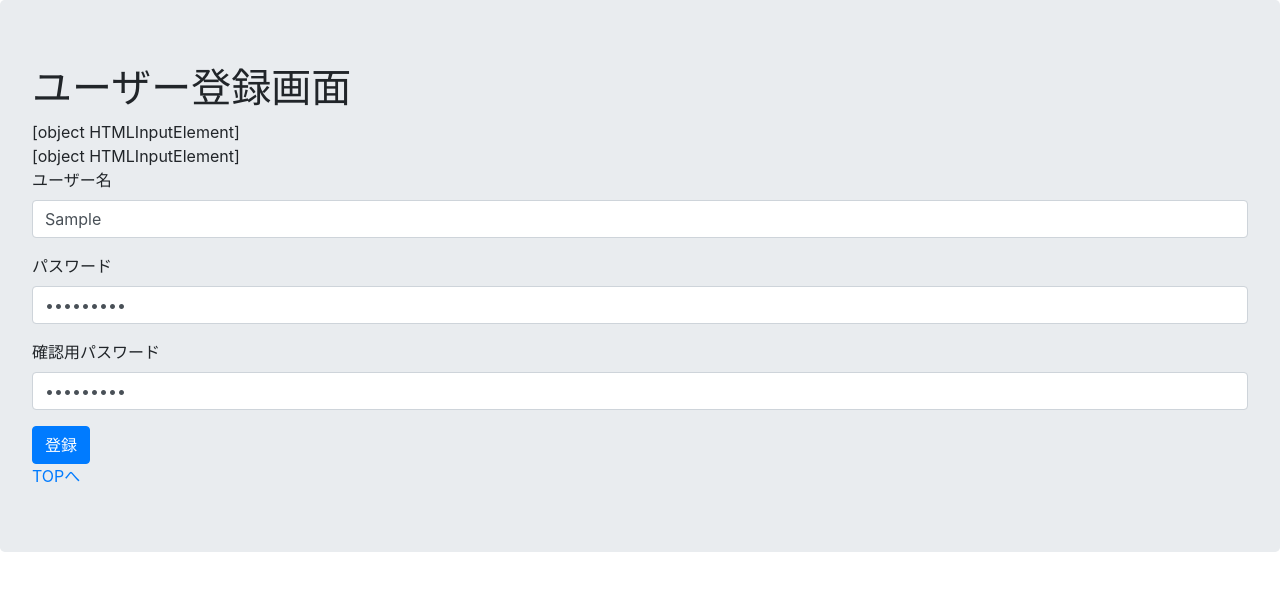
Repository: lunalice/01_START
Page: http://localhost/hello_world_now/Createuser
An editor plug-in stored every save of this project. The page is shown before and after the next save, followed by the edit.
The browser window is 1280 px wide. The pictures show the whole page.
Empty fields were first filled with sample values (such as "Sample", 5 or name@example.com).
After loading, the first visible `#form1` was submitted once.
The page is served by Tomcat 9. Other server files are loaded and not shown.

Above is the page before, as saved 2018-02-09 09:19:00.
Console error: TypeError: Cannot read properties of undefined (reading 'fn')

### eclipse-workspace/hello_world_now/WebContent/WEB-INF/jsp/createuser.jsp
<%@ page language="java" contentType="text/html; charset=UTF-8"
	pageEncoding="UTF-8"%>
<!DOCTYPE html>
<html>
<head>
<meta http-equiv="Content-Type" content="text/html; charset=UTF-8">
<link rel="stylesheet"
	href="https://maxcdn.bootstrapcdn.com/bootstrap/4.0.0/css/bootstrap.min.css"
	integrity="sha384-Gn5384xqQ1aoWXA+058RXPxPg6fy4IWvTNh0E263XmFcJlSAwiGgFAW/dAiS6JXm"
	crossorigin="anonymous">
<script
	src="https://maxcdn.bootstrapcdn.com/bootstrap/4.0.0/js/bootstrap.min.js"
	integrity="sha384-JZR6Spejh4U02d8jOt6vLEHfe/JQGiRRSQQxSfFWpi1MquVdAyjUar5+76PVCmYl"
	crossorigin="anonymous"></script>
<title>どこつぶ</title>
</head>
<body>
	<div class="jumbotron">
		<div class="panel-heading">
			<h1>ユーザー登録画面</h1>
		</div>
		<div id="errorMessage"></div>
		<div id="debug1"></div>
		<div id="debug2"></div>
		<form action="/hello_world_now/Createuser" id="form1" method="post" onsubmit="return errorcheck();">
			<div class="form-group">
				<label for="InputEmail">ユーザー名</label> <input type="text"
					class="form-control" name="name" placeholder="ユーザー名を入れてください。"
					required>
			</div>
			<div class="form-group">
				<label for="InputEmail">パスワード</label> <input type="password"
					class="form-control" name="pass1" placeholder="パスワードを入れてください。"
					required>
			</div>
			<div class="form-group">
				<label for="InputEmail">確認用パスワード</label> <input type="password"
					class="form-control" name="pass2" placeholder="パスワードを入れてください。"
					required>
			</div>
			<input class="btn btn-primary" type="submit" value="登録">
		</form>
		<a href="/hello_world_now/">TOPへ</a>
	</div>
</body>
<script type="text/javascript">
	var form = document.forms[0];
	function errorcheck() {
		document.getElementById("debug1").innerHTML = form.pass1;
		document.getElementById("debug2").innerHTML = form.pass2;
/* 		if (form.pass1.value != form.pass2.value) {
			document.getElementById("errorMessage").innerHTML = "入力値にエラーがあります";
			// 一致していなかったら、エラーメッセージを表示する
			form.pass1.setCustomValidity("パスワードと確認用パスワードが一致しません");
			form.pass2.setCustomValidity("パスワードと確認用パスワードが一致しません");
			return false;
		} */
		return false;
	}
<%/* var form = document.forms[0];
							form.onsubmit = function() {
								// エラーメッセージをクリアする
								form.pass1.setCustomValidity("");
								form.pass2.setCustomValidity("");
								// パスワードの一致確認
								if (form.pass1.value != form.pass2.value) {
									// 一致していなかったら、エラーメッセージを表示する
									form.pass1.setCustomValidity("パスワードと確認用パスワードが一致しません");
									form.pass2.setCustomValidity("パスワードと確認用パスワードが一致しません");
								}
							};
							// 入力値チェックエラーが発生したときの処理
							form.addEventListener("invalid", function() {
								document.getElementById("errorMessage").innerHTML = "入力値にエラーがあります";
							}, false); */%>

</script>
</html>

### eclipse-workspace/hello_world_now/src/servlet/Createuser.java
package servlet;

import java.io.IOException;
import java.sql.Connection;
import java.sql.DriverManager;
import java.sql.SQLException;
import java.sql.Statement;

import javax.servlet.RequestDispatcher;
import javax.servlet.ServletException;
import javax.servlet.annotation.WebServlet;
import javax.servlet.http.HttpServlet;
import javax.servlet.http.HttpServletRequest;
import javax.servlet.http.HttpServletResponse;
import javax.servlet.http.HttpSession;

import model.CreateUserLogic;

/**
 * Servlet implementation class Createuser
 */
@WebServlet("/Createuser")
public class Createuser extends HttpServlet {
	private static final long serialVersionUID = 1L;

	/**
	 * @see HttpServlet#HttpServlet()
	 */
	public Createuser() {
		super();
		// TODO Auto-generated constructor stub
	}

	/**
	 * @see HttpServlet#doGet(HttpServletRequest request, HttpServletResponse
	 *      response)
	 */
	protected void doGet(HttpServletRequest request, HttpServletResponse response)
			throws ServletException, IOException {
		RequestDispatcher dispatcher = request.getRequestDispatcher("/WEB-INF/jsp/createuser.jsp");
		dispatcher.forward(request, response);
	}

	/**
	 * @see HttpServlet#doPost(HttpServletRequest request, HttpServletResponse
	 *      response)
	 */
	protected void doPost(HttpServletRequest request, HttpServletResponse response)
			throws ServletException, IOException {
		request.setCharacterEncoding("UTF-8");
		String name = request.getParameter("name");
		String pass = request.getParameter("pass1");
		// User user = new User(name, pass);
		// ユーザー重複チェック
		CreateUserLogic isUser = new CreateUserLogic();
		// チェック
		boolean isCheck = isUser.doCheck(name, pass);
		// 重複チェックおっけー
		if (isCheck) {
			// ユーザー登録画面
			Connection conn;
			try {
				conn = DriverManager.getConnection("jdbc:oracle:thin:@192.168.37.133:1521:XE", "TUBU", "TUBU");
				// ステートメントを作成
				Statement stmt = conn.createStatement();
				// 問合せの実行つぶやき挿入
				String sql = "INSERT INTO USERS (NAME,PASS) VALUES('" + name + "','" + pass + "')";
				// 挿入
				stmt.executeQuery(sql);
				// コミット
				stmt.executeQuery("commit");
				// ステートメントをクローズ
				stmt.close();
				// 接続をクローズ
				conn.close();
				RequestDispatcher dispatcher = request.getRequestDispatcher("/WEB-INF/jsp/createuserResult.jsp");
				dispatcher.forward(request, response);
			} catch (SQLException e) {
				// TODO 自動生成された catch ブロック
				e.printStackTrace();
			}
		}else {
//			// ユーザー重複しているときはこっち
//			HttpSession session = request.getSession();
//			session.setAttribute("isCheck", isCheck);
			response.sendRedirect("/hello_world_now/Createuser");
		}
	}
}

After the next save:
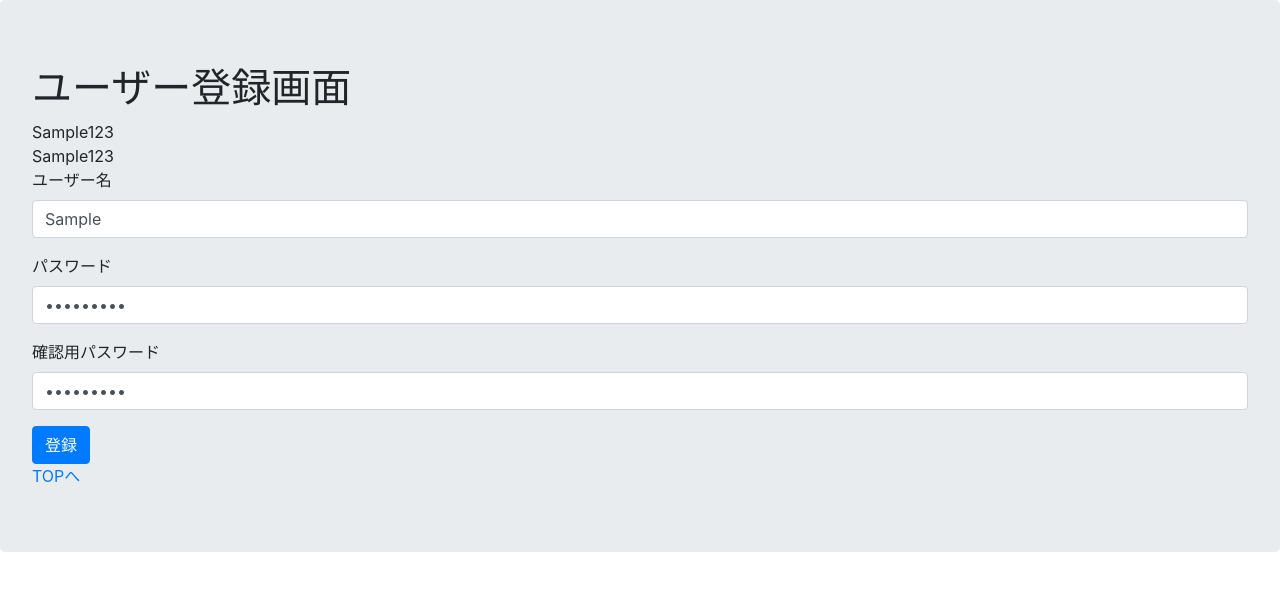
Saved 49 s later.
--- a/eclipse-workspace/hello_world_now/WebContent/WEB-INF/jsp/createuser.jsp
+++ b/eclipse-workspace/hello_world_now/WebContent/WEB-INF/jsp/createuser.jsp
@@ -46,8 +46,8 @@
 <script type="text/javascript">
 	var form = document.forms[0];
 	function errorcheck() {
-		document.getElementById("debug1").innerHTML = form.pass1;
-		document.getElementById("debug2").innerHTML = form.pass2;
+		document.getElementById("debug1").innerHTML = form.pass1.value;
+		document.getElementById("debug2").innerHTML = form.pass2.value;
 /* 		if (form.pass1.value != form.pass2.value) {
 			document.getElementById("errorMessage").innerHTML = "入力値にエラーがあります";
 			// 一致していなかったら、エラーメッセージを表示する
